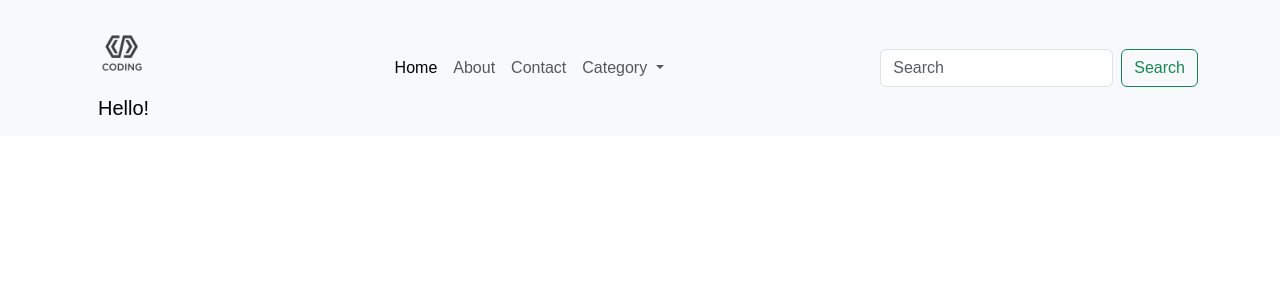
Repository: gitDominusoft/NewProject
Page: index.html
These files come from the project's save history. The page is drawn as it stood at one moment and after the next save; the edit follows.
The browser window is 1280 px wide. The pictures show the whole page.

Above is the page before, as saved 2024-12-09 15:28:07.

After the next save:
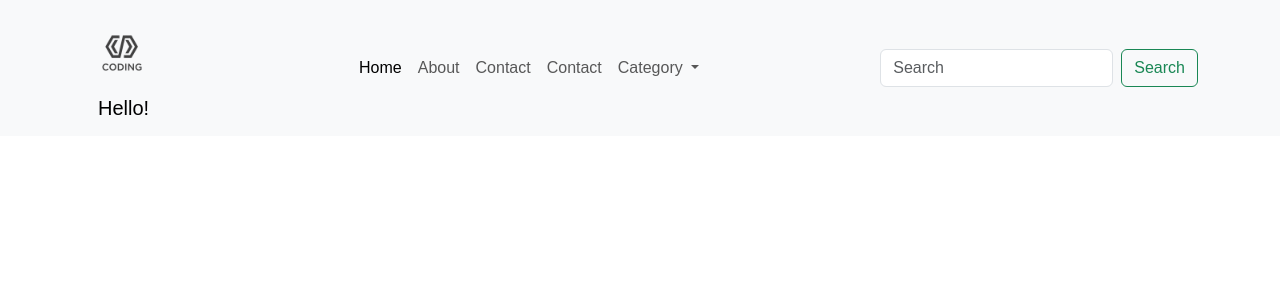
Saved 2 min 25 s later.
--- a/index.html
+++ b/index.html
@@ -34,6 +34,9 @@
                     <li class="nav-item">
                         <a class="nav-link" href="contact.html">Contact</a>
                     </li>
+                    <li class="nav-item">
+                        <a class="nav-link" href="contact.html">Contact</a>
+                    </li>
                     <li class="nav-item dropdown">
                         <a class="nav-link dropdown-toggle" href="#" role="button" data-bs-toggle="dropdown"
                             aria-expanded="false">

After the save that followed:
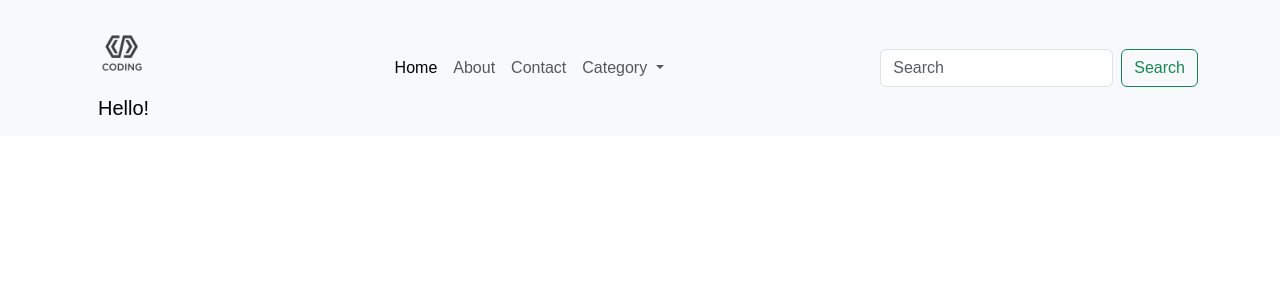
Saved 24 s later.
--- a/index.html
+++ b/index.html
@@ -32,11 +32,9 @@
                         <a class="nav-link" href="about.html">About</a>
                     </li>
                     <li class="nav-item">
-                        <a class="nav-link" href="contact.html">Contact</a>
+                        <a class="nav-link btn btn-warning" href="contact.html">Contact</a>
                     </li>
-                    <li class="nav-item">
-                        <a class="nav-link" href="contact.html">Contact</a>
-                    </li>
+
                     <li class="nav-item dropdown">
                         <a class="nav-link dropdown-toggle" href="#" role="button" data-bs-toggle="dropdown"
                             aria-expanded="false">
